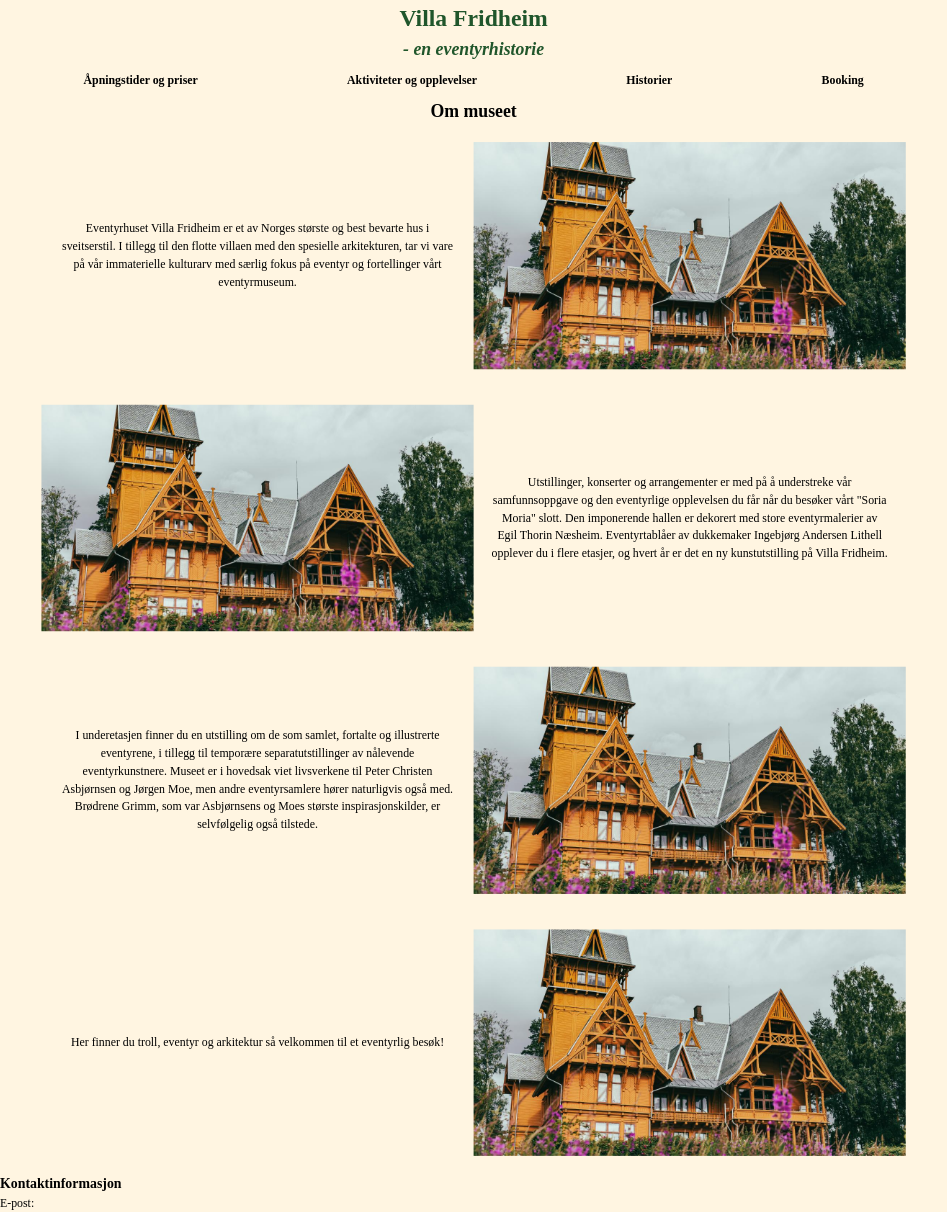
Repository: IdaHolmen/villa-fridheim
Page: index.html
These files come from the project's save history. The page is drawn as it stood at one moment and after the next save; the edit follows.
The browser window is 1280 px wide. The pictures show the whole page, at 74% of full size.
Some web fonts or font styles are not loaded; a fallback is used.

Above is the page before, as saved 2024-10-02 14:13:58.

### index.html
<!DOCTYPE html>
<html lang="en">
    <head>
        <meta charset="UTF-8" />
        <meta name="viewport" content="width=device-width, initial-scale=1.0" />
        <link rel="stylesheet" type="text/css" href="./css/reset.css" />
        <link rel="stylesheet" type="text/css" href="./css/style.css" />
        <title>Villa Fridheim</title>
    </head>

    <body>
        <header>
            <h1>Villa Fridheim</h1>
            <h2 class="sub-heading">- en eventyrhistorie</h2>

            <nav class="nav-bar">
                <a href="./src/info.html" class="nav-link">Åpningstider og priser</a>
                <a href="./src/activities.html" class="nav-link">Aktiviteter og opplevelser</a>
                <a href="./src/stories.html" class="nav-link">Historier</a>
                <a href="./src/booking.html" class="nav-link">Booking</a>
            </nav>
        </header>

        <main class="main-container">
            <h2>Om museet</h2>
            <section class="about-section">
                <article class="about-text">
                    <p>
                        Eventyrhuset Villa Fridheim er et av Norges største og best bevarte hus i sveitserstil. I
                        tillegg til den flotte villaen med den spesielle arkitekturen, tar vi vare på vår immaterielle
                        kulturarv med særlig fokus på eventyr og fortellinger vårt eventyrmuseum.
                    </p>
                </article>
                <div class="image-container">
                    <img src="./assets/outside-image2.jpg" alt="Et gult hus i sveitserstil" />
                </div>
            </section>

            <section class="about-section">
                <div class="image-container">
                    <img src="./assets/outside-image2.jpg" alt="Et gult hus i sveitserstil" />
                </div>
                <article class="about-text">
                    <p>
                        Utstillinger, konserter og arrangementer er med på å understreke vår samfunnsoppgave og den
                        eventyrlige opplevelsen du får når du besøker vårt "Soria Moria" slott. Den imponerende hallen
                        er dekorert med store eventyrmalerier av Egil Thorin Næsheim. Eventyrtablåer av dukkemaker
                        Ingebjørg Andersen Lithell opplever du i flere etasjer, og hvert år er det en ny kunstutstilling
                        på Villa Fridheim.
                    </p>
                </article>
            </section>

            <section class="about-section">
                <article class="about-text">
                    <p>
                        I underetasjen finner du en utstilling om de som samlet, fortalte og illustrerte eventyrene, i
                        tillegg til temporære separatutstillinger av nålevende eventyrkunstnere. Museet er i hovedsak
                        viet livsverkene til Peter Christen Asbjørnsen og Jørgen Moe, men andre eventyrsamlere hører
                        naturligvis også med. Brødrene Grimm, som var Asbjørnsens og Moes største inspirasjonskilder, er
                        selvfølgelig også tilstede.
                    </p>
                </article>
                <div class="image-container">
                    <img src="./assets/outside-image2.jpg" alt="Et gult hus i sveitserstil" />
                </div>
            </section>

            <section class="about-section">
                <article class="about-text">
                    <p>Her finner du troll, eventyr og arkitektur så velkommen til et eventyrlig besøk!</p>
                </article>
                <div class="image-container">
                    <img src="./assets/outside-image2.jpg" alt="Et gult hus i sveitserstil" />
                </div>
            </section>
        </main>

        <footer class="footer">
            <div class="info-footer">
                <h3>Kontaktinformasjon</h3>
                <p>E-post:</p>
            </div>
        </footer>
    </body>
</html>

### css/reset.css
*, *::before, *::after {
	box-sizing: border-box;
  }

* {
	margin: 0;
	padding: 0;
}

body {
	line-height: 1.5;
	-webkit-font-smoothing: antialiased;
}

img, picture, video, canvas, svg {
	display: block;
	max-width: 100%;
}

input, textarea, select {
	font: inherit;
}

p, h1, h2, h3, h4, h5, h6 {
	overflow-wrap: break-word;
}

#root, #__next {
	isolation: isolate;
}

button {
	font: inherit;
	background: transparent;
	border: none;
	cursor: pointer;
	touch-action: manipulation;
}

a {
	color: inherit;
	text-decoration: none;
}

### css/style.css
@import url('https://fonts.googleapis.com/css2?family=Caudex:ital,wght@0,400;0,700;1,400;1,700&display=swap');

body {
    height: 100vh;
    width: 100%;
    display: flex;
    flex-direction: column;
    background-color: #fff5e1;
    font-family: 'Caudex', 'Times New Roman', Times, serif;
}

header {
    display: flex;
    flex-direction: column;
    justify-content: center;
    align-items: center;
    color: #20562b;
    flex-basis: 15%;
}

.sub-heading {
    font-style: italic;
}

.nav-bar {
    width: 100%;
    font-weight: bold;
    padding: 12px;
    color: black;
    display: flex;
    flex-direction: row;
    justify-content: space-around;
}

.main-container {
    flex-basis: 80%;
    text-align: center;
    margin: 0 2rem;
}

.about-section {
    width: 100%;
    padding: 24px;
    display: flex;
}

.about-text {
    flex-basis: 50%;
    display: flex;
    justify-content: center;
    align-items: center;
    padding: 24px;
}

.image-container {
    flex-basis: 50%;
}

footer {
    flex-basis: 5%;
}

After the next save:
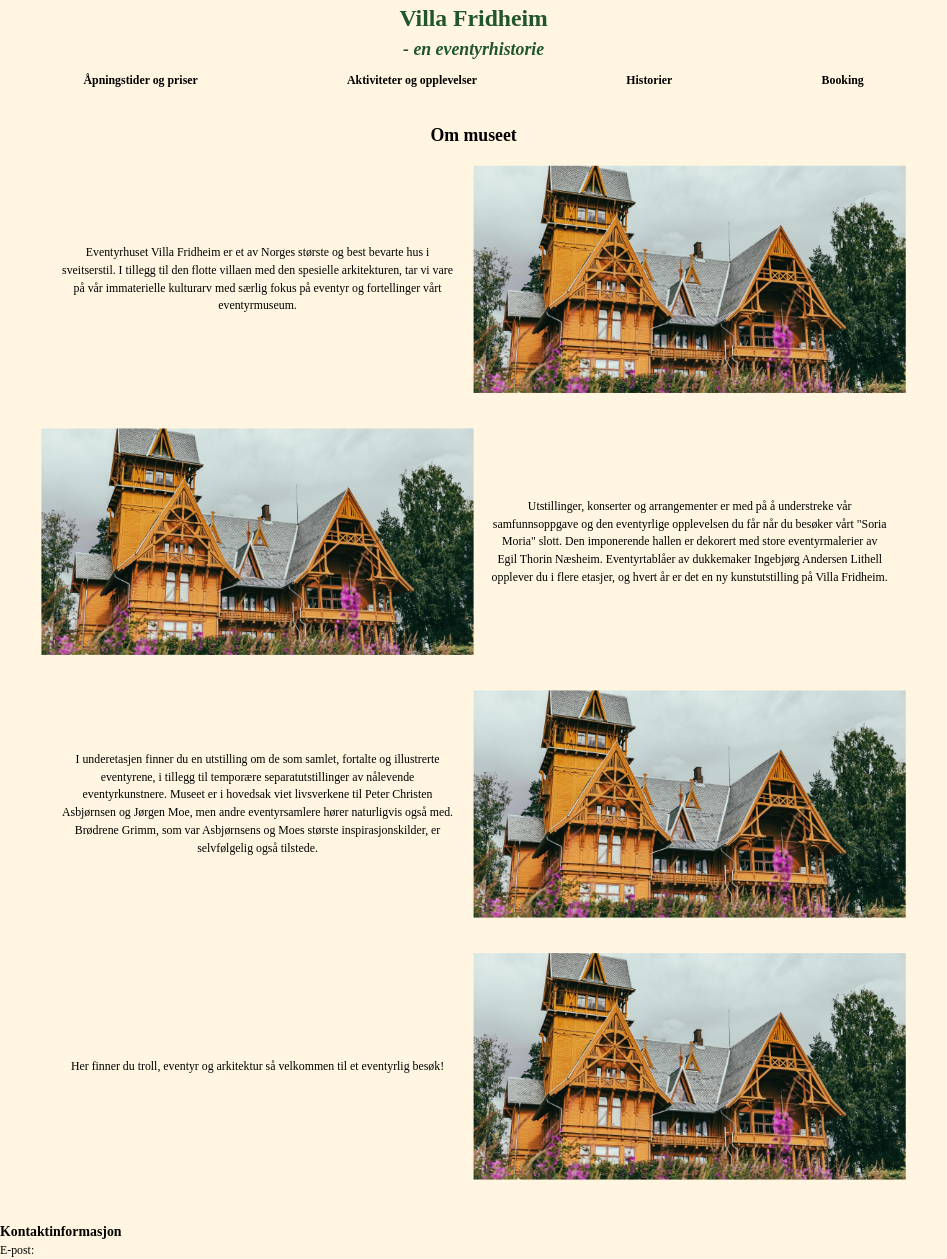
Saved 12 s later.
--- a/css/style.css
+++ b/css/style.css
@@ -35,7 +35,7 @@
 .main-container {
     flex-basis: 80%;
     text-align: center;
-    margin: 0 2rem;
+    margin: 2rem 2rem;
 }
 
 .about-section {
